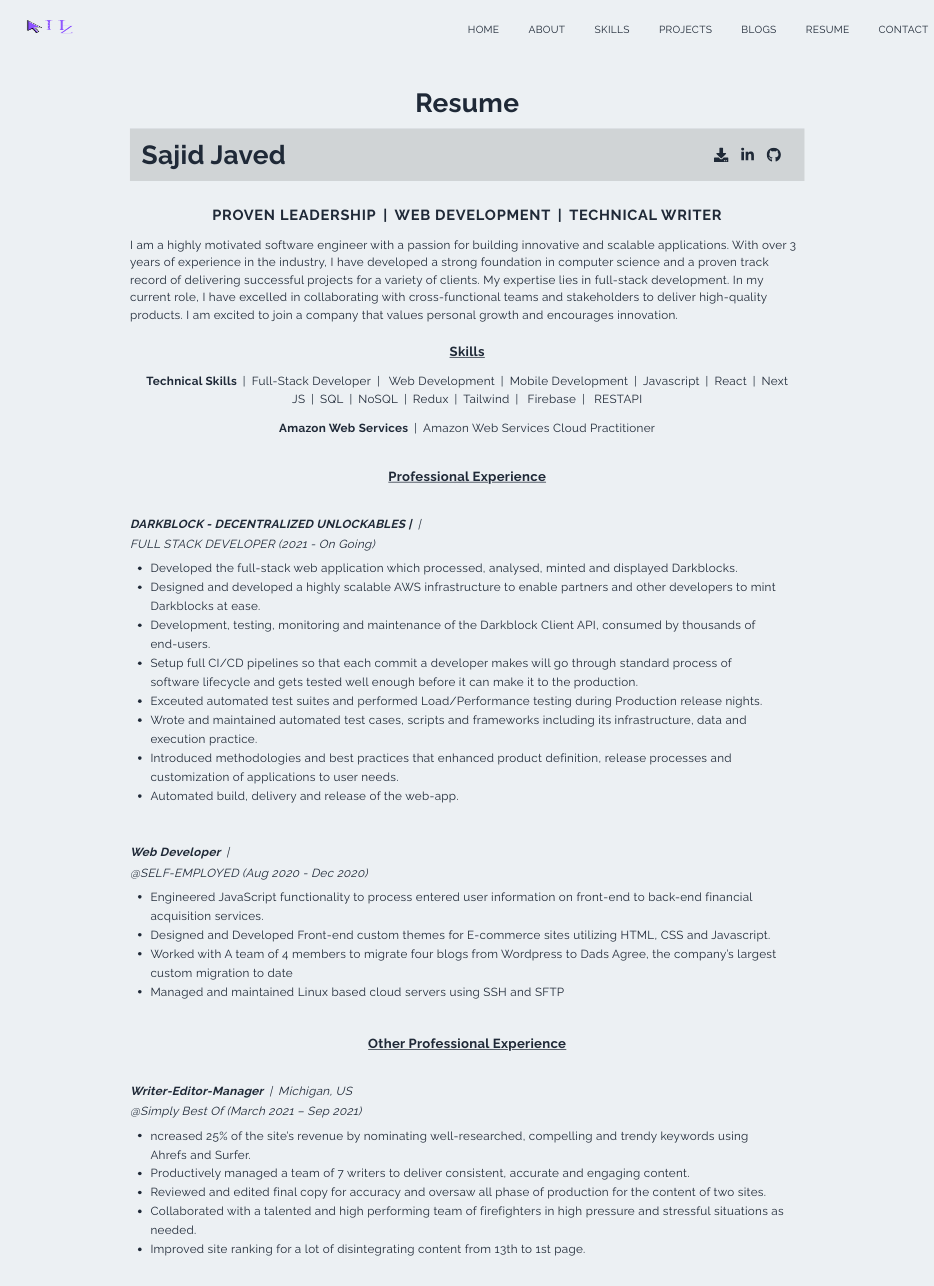
Repository: Hasnainzxc/testofolio
Page: /resume
An editor plug-in stored every save of this project. The page is shown before and after the next save, followed by the edit.
The browser window is 1280 px wide. The pictures show the whole page, at 73% of full size.
The project was rebuilt for these pictures with package versions that can differ from the ones it lists, and the page was loaded fresh each time. The framework's server and built-in components were replaced by stand-ins that run in the browser. Also part of the build but not shown: next.config.js.

Above is the page before, as saved 2023-02-21 15:20:53.

After the next save:
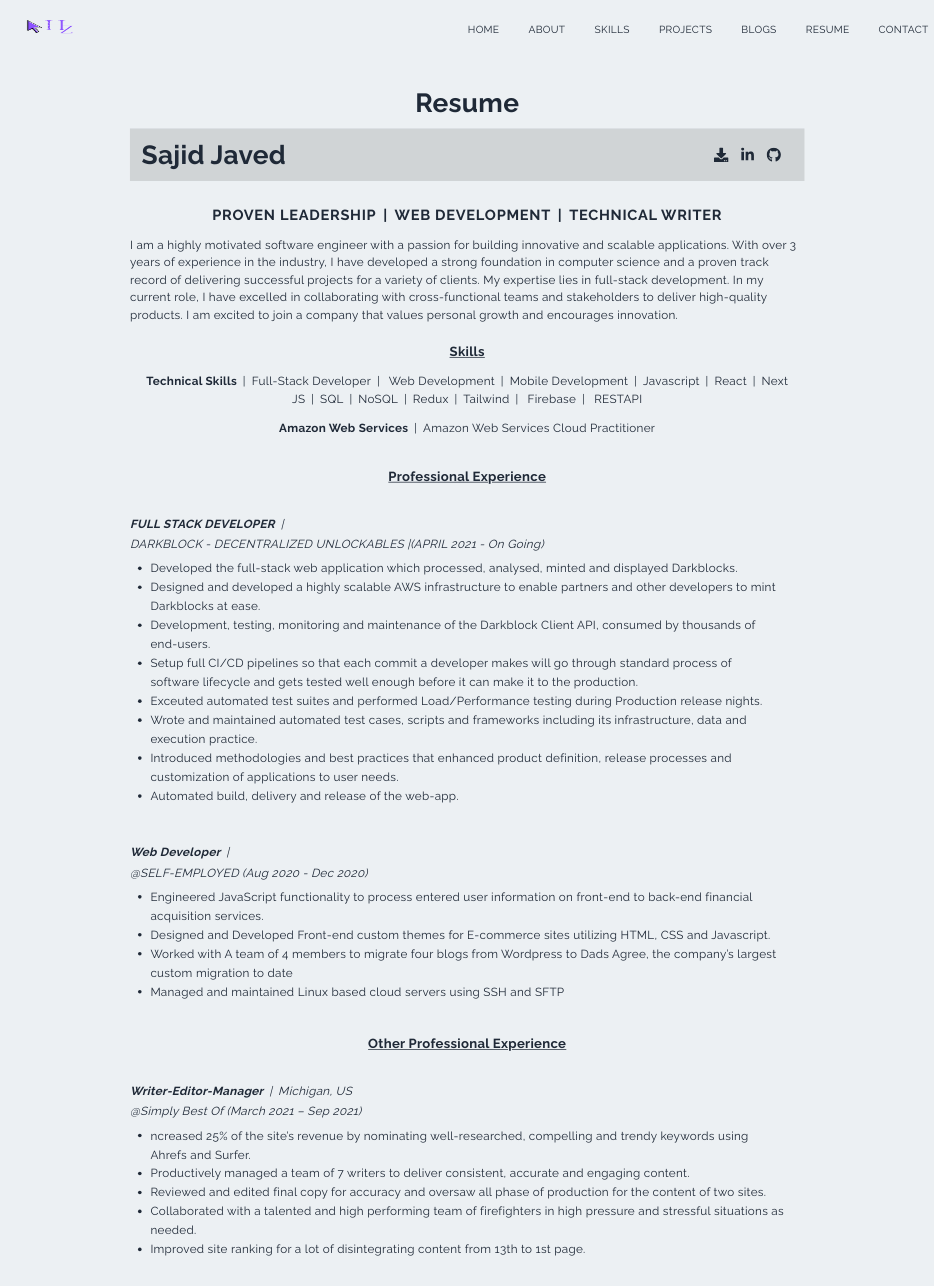
Saved 49 s later.
--- a/pages/resume.jsx
+++ b/pages/resume.jsx
@@ -105,11 +105,11 @@
         <div className='py-6'>
           <p className='italic'>
             <span className='font-bold italic'>
-            DARKBLOCK - DECENTRALIZED UNLOCKABLES |
+            FULL STACK DEVELOPER
             </span>
             <span className='px-2'>|</span>
           </p>
-          <p className='py-1 italic'>FULL STACK DEVELOPER (2021 - On Going)</p>
+          <p className='py-1 italic'>DARKBLOCK - DECENTRALIZED UNLOCKABLES |(APRIL 2021 - On Going)</p>
           <ul className='list-disc list-outside px-7 py-1 leading-relaxed'>
             <li>
             Developed the full-stack web application which processed, analysed, minted
